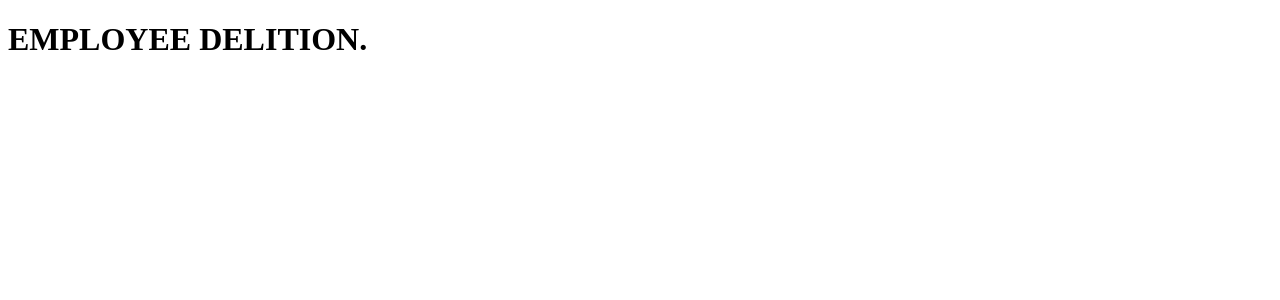
Repository: gajanansp07/Advance_Java_Practice
Page: http://localhost/JDBCCURD/ShowMyRecord.jsp
These files come from the project's save history. The page is drawn as it stood at one moment and after the next save; the edit follows.
The browser window is 1280 px wide. The pictures show the whole page.
The page is served by Tomcat 9.

Above is the page before, as saved 2022-03-17 15:35:40.

### JDBCCURD/src/main/webapp/ShowMyRecord.jsp
<%@ page language="java" contentType="text/html; charset=ISO-8859-1"
    pageEncoding="ISO-8859-1"%>
    <%@ page import="java.sql.*" %>
<!DOCTYPE html>
<html>
<head>
<meta charset="ISO-8859-1">
<title>Insert title here</title>
</head>
<body>
<h1> EMPLOYEE DELITION.</h1>
</body>
</html>

After the next save:
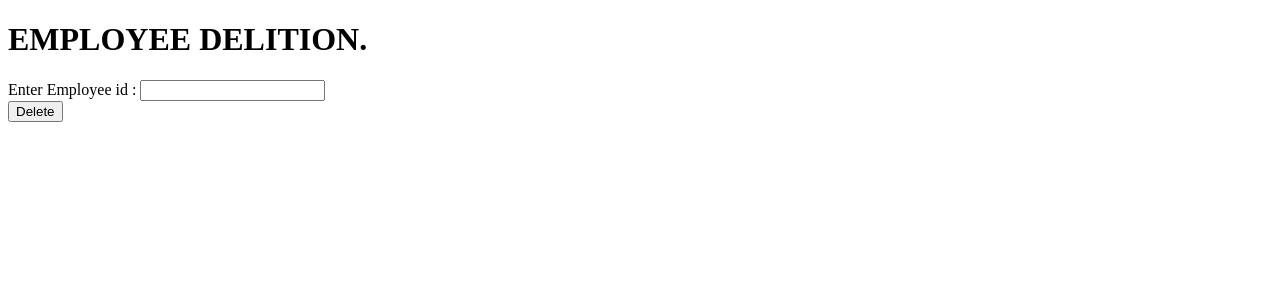
Saved 5 min 33 s later.
--- a/JDBCCURD/src/main/webapp/ShowMyRecord.jsp
+++ b/JDBCCURD/src/main/webapp/ShowMyRecord.jsp
@@ -1,6 +1,6 @@
 <%@ page language="java" contentType="text/html; charset=ISO-8859-1"
-    pageEncoding="ISO-8859-1"%>
-    <%@ page import="java.sql.*" %>
+	pageEncoding="ISO-8859-1"%>
+<%@ page import="java.sql.*"%>
 <!DOCTYPE html>
 <html>
 <head>
@@ -8,6 +8,12 @@
 <title>Insert title here</title>
 </head>
 <body>
-<h1> EMPLOYEE DELITION.</h1>
+	<h1>EMPLOYEE DELITION.</h1>
+	<form action="showRec.jsp">
+		<label for="email">Enter Employee id : </label>
+		<input type="text" name="name" id="email" /><br />
+		<input type="submit" value="Delete">
+	</form>
+
 </body>
 </html>
